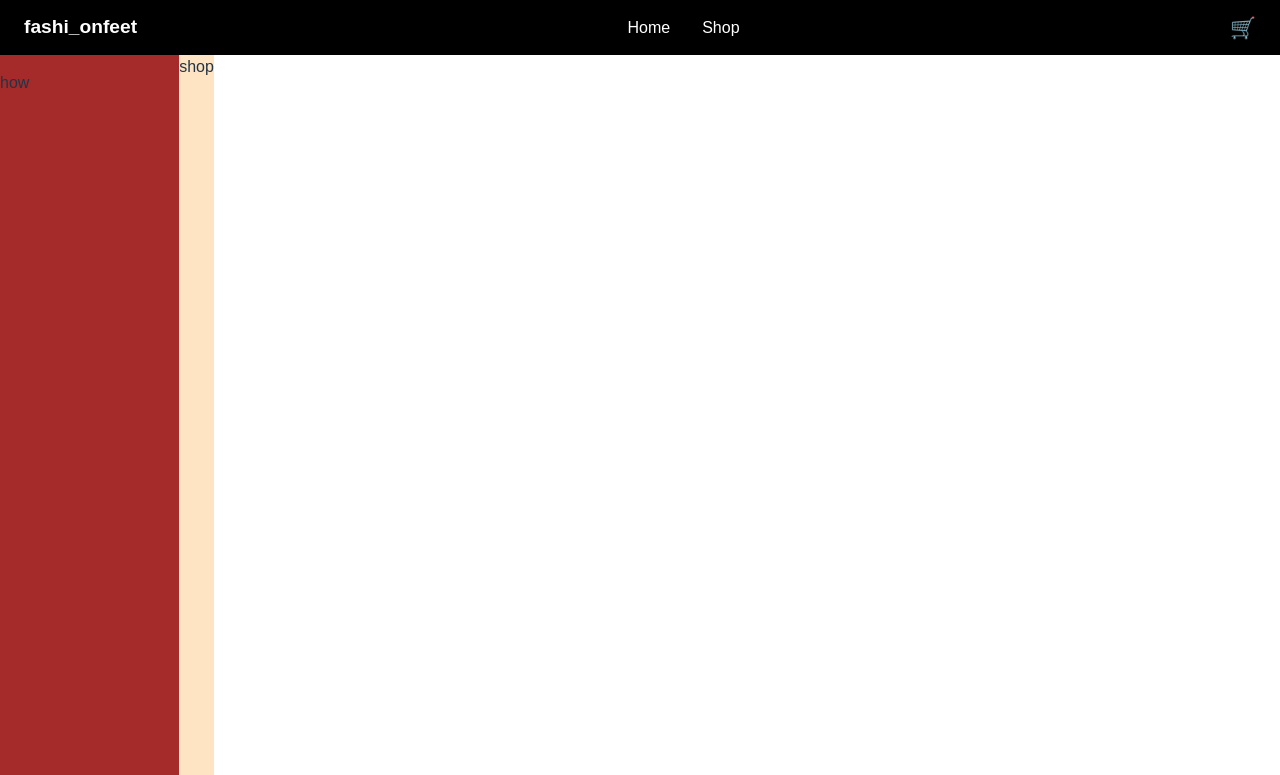
Repository: EphrahimLaanyu123/fashi_onfeet
Page: /shop
The author's editor kept a copy of each file at every save. The page is drawn from the files as they stood at one save, then again after the next save.
The browser window is 1280 px wide. The pictures show the whole page.
The project was rebuilt for these pictures with package versions that can differ from the ones it lists, and the page was loaded fresh each time. Also part of the build but not shown: vite.config.js, src/Home/Home.jsx, src/Home/components/Products.css, src/Home/components/Products.jsx, src/Shop/components/supabaseClient.js, src/Shop/components/AddForm.css, src/Shop/components/AddProductForm.jsx.

Above is the page before, as saved 2025-04-18 20:39:03.

### src/App.jsx
// src/App.js
import React from 'react';
import { BrowserRouter as Router, Routes, Route } from 'react-router-dom';
import './App.css';

import Home from './Home/Home';
import Products from './Home/components/Products';
import Shop from './Shop/Shop';
import AddForm from './Shop/components/AddProductForm';

function App() {
  return (
    <Router>
      <div className="App">
        <Routes>
          <Route path="/" element={<Home />} />
          <Route path="/shop" element={<Shop />} />
          <Route path="/add" element={<AddForm />} />
          {/* 404 fallback */}
        </Routes>
      </div>
    </Router>
  );
}

export default App;

### src/App.css
/* index.css or main.css */
body, html {
    margin: 0;
    padding: 0;
  }

### src/Shop/Shop.jsx
import React from 'react'
import "./Shop.css"
import Navbar from '../Navbar'

const Shop = () => {
  return (
    <div className='shop_page'>
      <Navbar></Navbar>
      <div className="shop-container">
        <aside className='sidebar'>
          <p>how</p>
        </aside>
        <section className='products-page'>
          shop
        </section>
        </div>
    </div>
  )
}

export default Shop

### src/Home/Home.css

  body, html {
    font-family: sans-serif;
    overflow-x: hidden;
    margin: 0;
    padding: 0;
  }
.main {
    background-color: black;
    width: 100vw;
    display: flex;
    flex-direction: column;
    padding: 6rem;
    justify-content: center;
    overflow-x: hidden;
  }

  .parallax-container {
    display: flex;
    height: 100vh;
    position: relative;
  }

  .parallax-half {
    flex: 1;
    overflow: hidden;
    position: relative;
  }

  /* Left side zoom image container */
  .zoom-wrapper {
    height: 100%;
    width: 100%;
    background-image: url('https://static.wixstatic.com/media/bc439c_81f0e108fef742289cca2a608af8d3c1~mv2.jpg');
    background-attachment: fixed;
    background-position: center;
    background-repeat: no-repeat;
    background-size: cover;
    transform: scale(1.2);
    transition: transform 0.3s ease-out;
    will-change: transform;
  }

  /* Right side static image, shows full image */
  .parallax2 {
    background-image: url('https://static.wixstatic.com/media/bc439c_01f9dcb9288c449084b2625be71b7a54~mv2.jpg');
    background-attachment: fixed;
    background-position: center;
    background-repeat: no-repeat;
    background-size: contain;
    background-color: black;
  }

  .content {
    height: 100vh;
    background-color: #f0f0f0;
    display: flex;
    align-items: center;
    justify-content: center;
    font-size: 2rem;
  }

### src/Shop/Shop.css
/* index.css or main.css */
body, html {
    margin: 0;
    padding: 0;
  }

.shop_page {
    width: 100vw;
}

.shop-container {
    display: flex;

}

.sidebar {
    width: 14%;
    min-height: 100vh;
    background-color: brown;
}

.products-page {
    width: %;
    background-color: bisque;
}

### src/Navbar.jsx
import React from 'react'
import './Navbar.css'

const Navbar = () => {
  return (
    <nav className="navbar">
      <div className="navbar-left">fashi_<span>onfeet</span></div>

      <div className="navbar-center">
        <a href="/" className="nav-link">Home</a>
        <a href="/shop" className="nav-link">Shop</a>
      </div>

      <div className="navbar-right">
        <a href="/cart" className="cart-icon">🛒</a>
      </div>
    </nav>
  )
}

export default Navbar

### src/Navbar.css
.navbar {
    display: flex;
    justify-content: space-between;
    align-items: center;
    background-color: #000;
    color: white;
    padding: 0.75rem 1.5rem;
    font-family: sans-serif;
  }

  .navbar-left {
    font-weight: bold;
    font-size: 1.2rem;
  }

  .navbar-left span {
    color: #fff;
  }

  .navbar-center {
    display: flex;
    gap: 2rem;
  }

  .nav-link {
    color: white;
    text-decoration: none;
    font-size: 1rem;
  }

  .nav-link:hover {
    text-decoration: underline;
  }

  .navbar-right .cart-icon {
    font-size: 1.3rem;
    text-decoration: none;
    color: white;
  }

  .cart-icon:hover {
    opacity: 0.8;
  }

Loaded but not shown: index.html (common file); src/main.jsx (common file); src/index.css (common file)

After the next save:
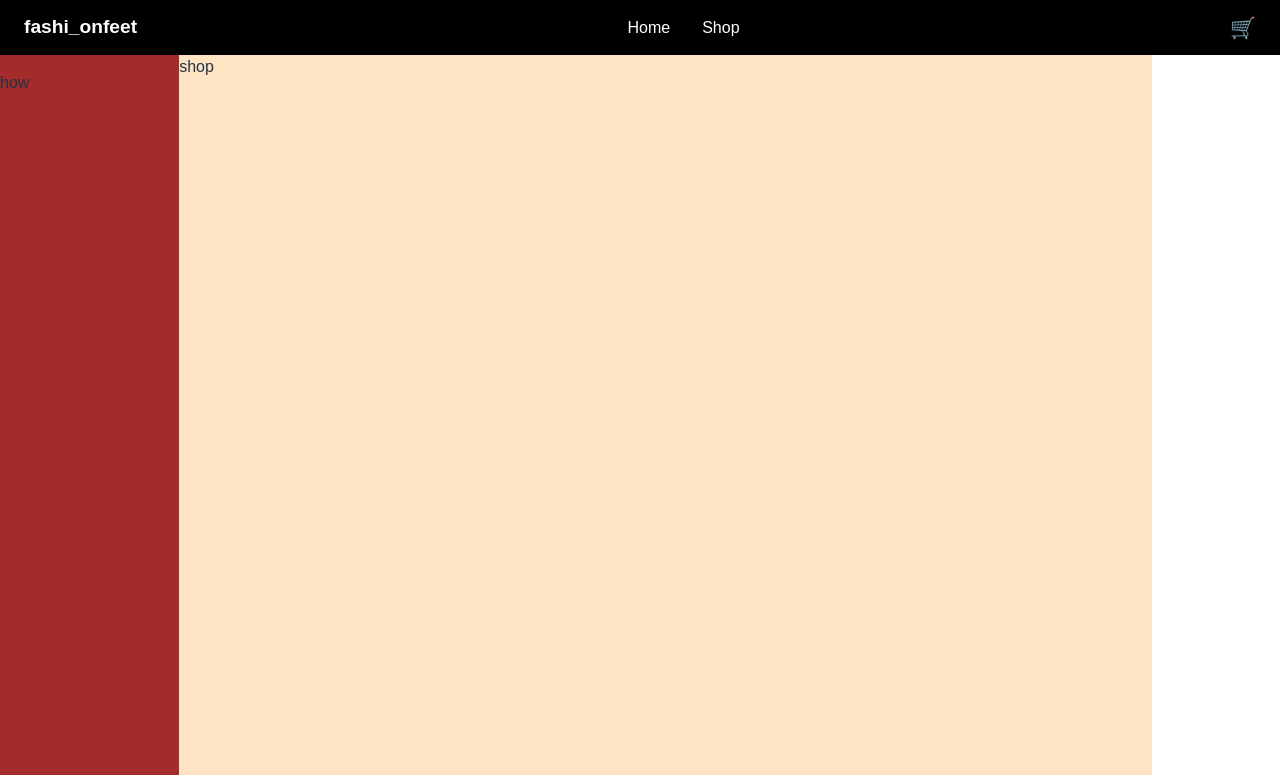
Saved 9 s later.
--- a/src/Shop/Shop.css
+++ b/src/Shop/Shop.css
@@ -20,6 +20,6 @@ body, html {
 }
 
 .products-page {
-    width: %;
+    width: 76%;
     background-color: bisque;
 }
